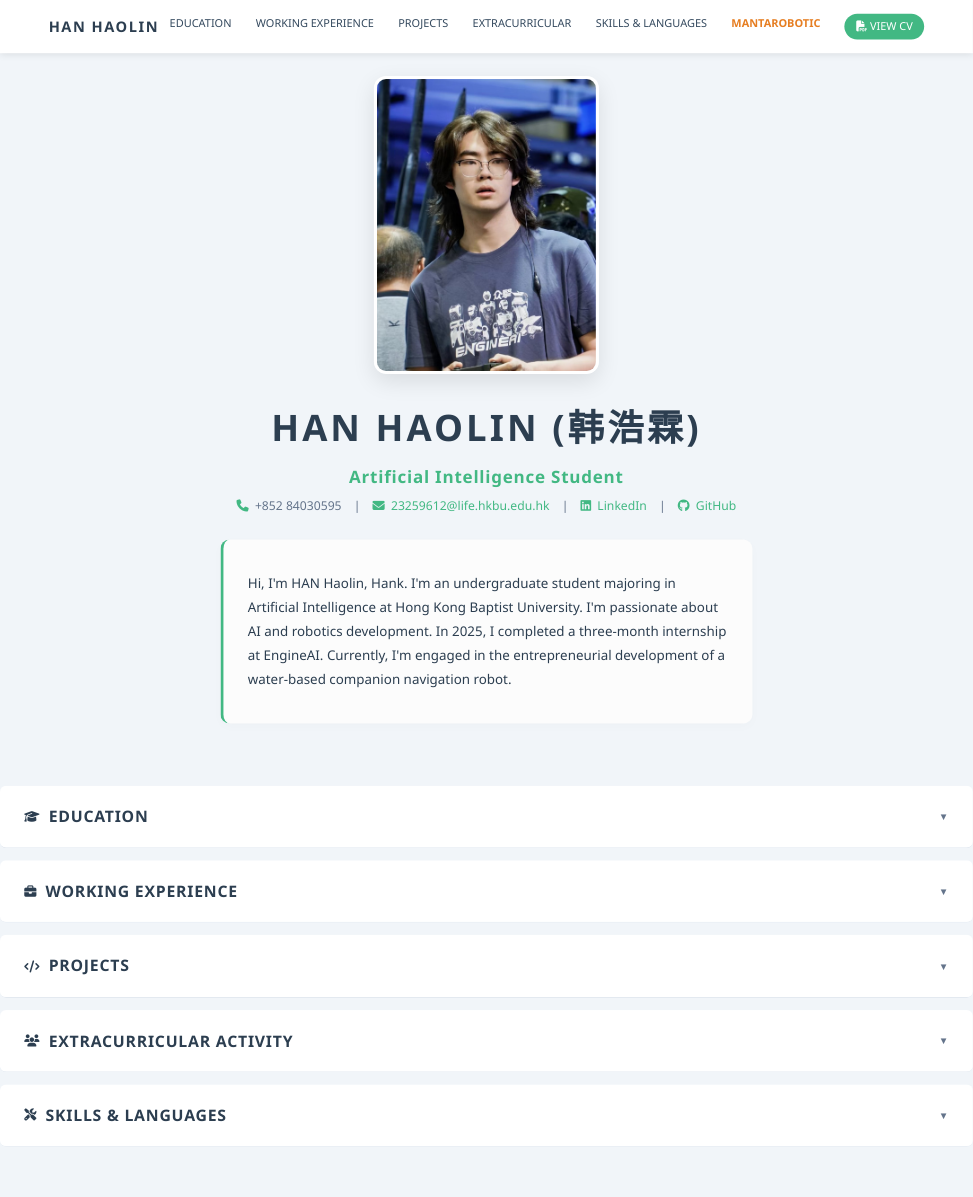
Repository: hhl2802149944-afk/hhl2802149944-afk.github.io
Page: /
The author's editor kept a copy of each file at every save. The page is drawn from the files as they stood at one save, then again after the next save.
The browser window is 1280 px wide. The pictures show the whole page, at 76% of full size.
The project was rebuilt for these pictures with package versions that can differ from the ones it lists, and the page was loaded fresh each time. Also part of the build but not shown: vite.config.js, src/components/ProjectCard.vue, src/views/MantaRoboticView.vue.

Above is the page before, as saved 2026-01-22 11:17:57.

After the next save:
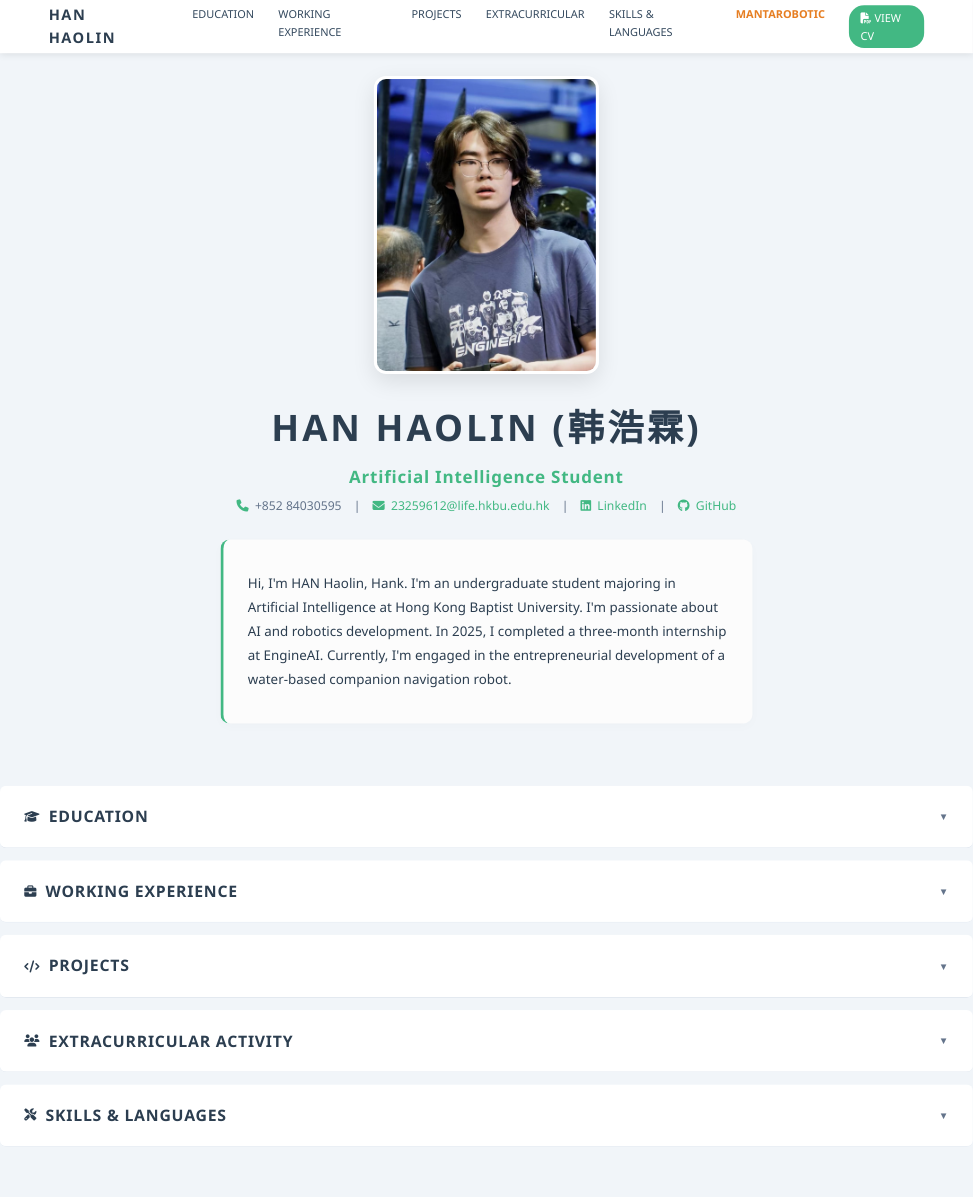
Saved 2 min 20 s later.
--- a/src/components/NavBar.vue
+++ b/src/components/NavBar.vue
@@ -87,8 +87,9 @@ const goToMantaRobotic = () => {
   width: 90%;
   max-width: 1200px;
   display: flex;
-  justify-content: space-between;
+  justify-content: flex-start;
   align-items: center;
+  gap: 3rem;
 }
 
 .nav-logo {
